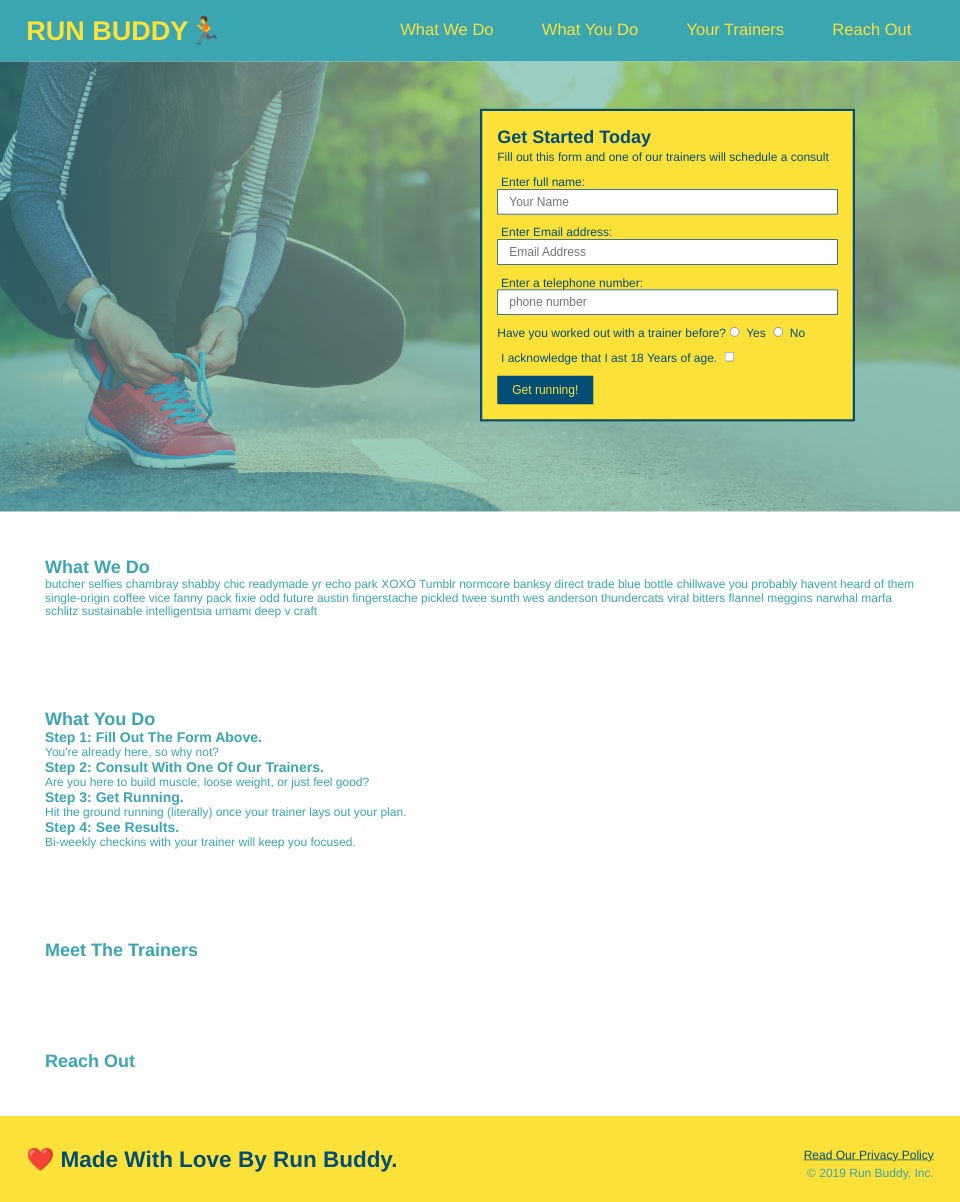
Repository: pilar122/run-buddy
Page: index.html
These files come from the project's save history. The page is drawn as it stood at one moment and after a run of saves; the edit follows.
The browser window is 1280 px wide. The pictures show the whole page, at 75% of full size.

Above is the page before, as saved 2023-01-22 07:51:47.

After the next 3 saves:
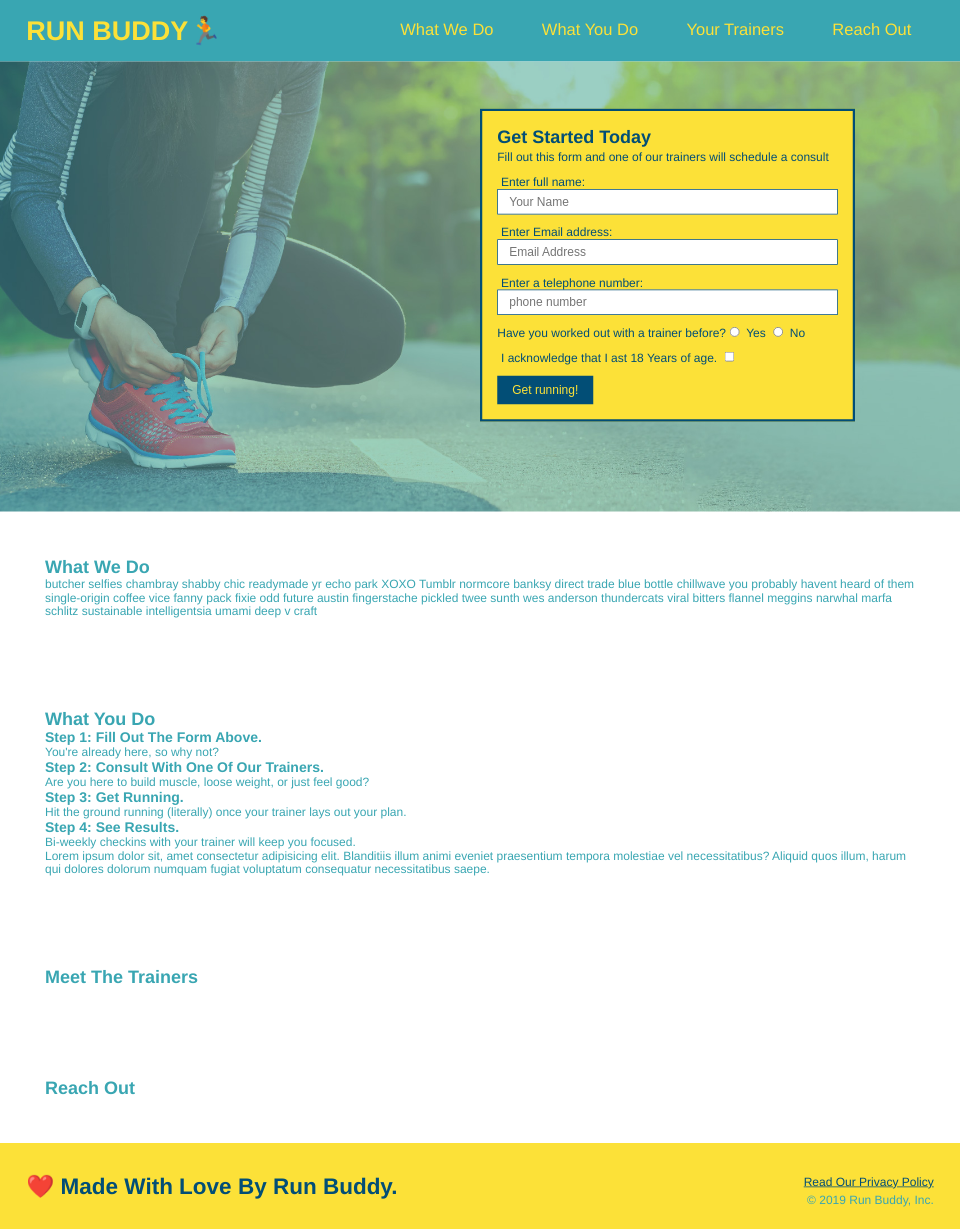
The 3 saves are shown as one change because they came seconds apart.
The last was saved 52 s later.
--- a/index.html
+++ b/index.html
@@ -98,6 +98,7 @@
             <div>
                 <h3>Step 4: See Results.</h3>
                 <p>Bi-weekly checkins with your trainer will keep you focused.</p>
+                <p>Lorem ipsum dolor sit, amet consectetur adipisicing elit. Blanditiis illum animi eveniet praesentium tempora molestiae vel necessitatibus? Aliquid quos illum, harum qui dolores dolorum numquam fugiat voluptatum consequatur necessitatibus saepe.</p>
             </div>
         </section>
 

After the save that followed:
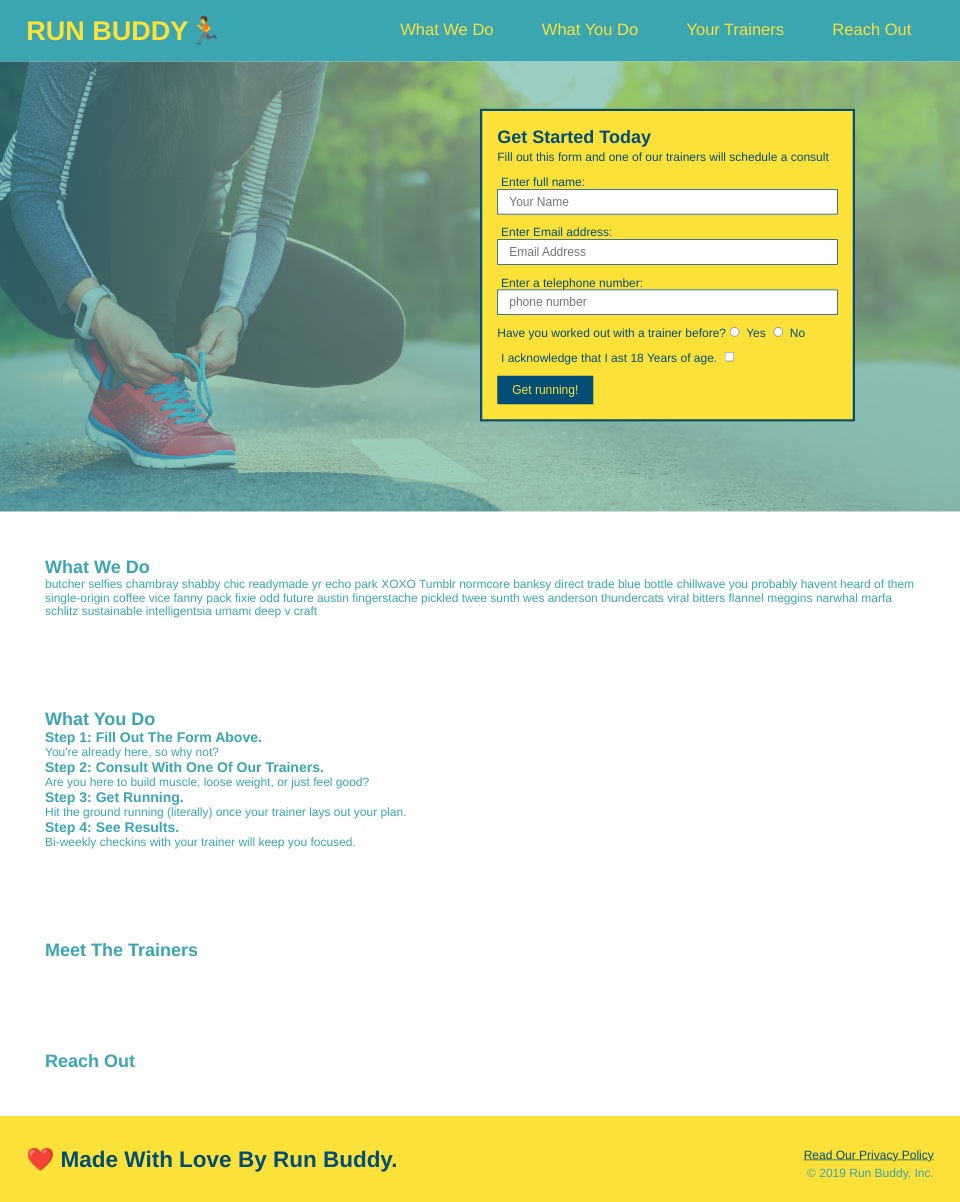
Saved 12 s later.
--- a/index.html
+++ b/index.html
@@ -98,7 +98,6 @@
             <div>
                 <h3>Step 4: See Results.</h3>
                 <p>Bi-weekly checkins with your trainer will keep you focused.</p>
-                <p>Lorem ipsum dolor sit, amet consectetur adipisicing elit. Blanditiis illum animi eveniet praesentium tempora molestiae vel necessitatibus? Aliquid quos illum, harum qui dolores dolorum numquam fugiat voluptatum consequatur necessitatibus saepe.</p>
             </div>
         </section>
 
